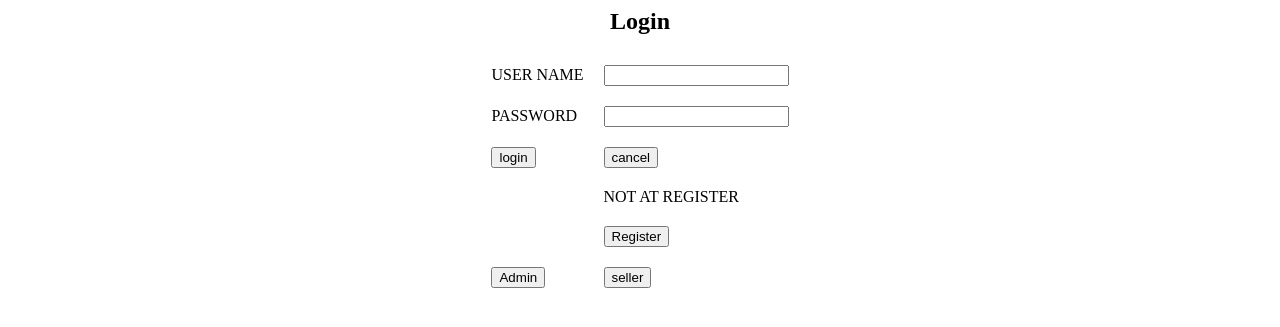
Repository: saik46573/sai
Page: http://localhost/Project/
An editor plug-in stored every save of this project. The page is shown before and after the next save, followed by the edit.
The browser window is 1280 px wide. The pictures show the whole page.
The page is served by Tomcat 9.

Above is the page before, as saved 2023-08-08 10:45:59.

After the next save:
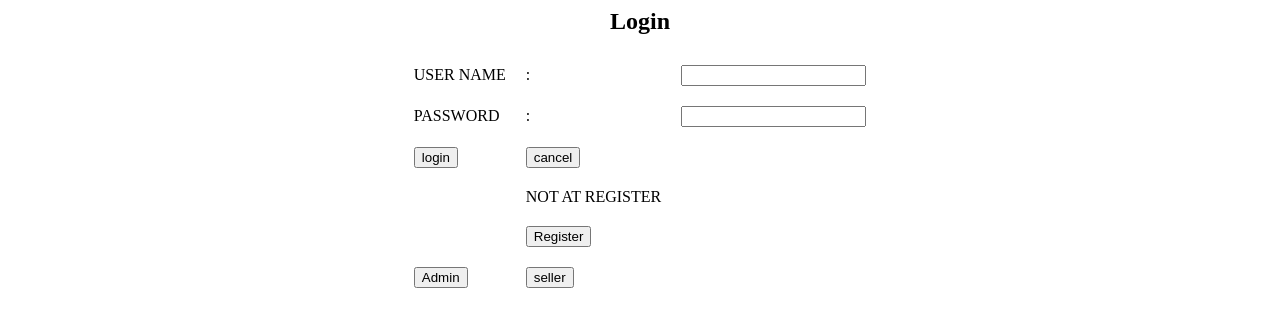
Saved 2 min 2 s later.
--- a/eclipse-workspace/Project/src/main/webapp/index.jsp
+++ b/eclipse-workspace/Project/src/main/webapp/index.jsp
@@ -5,10 +5,12 @@
 	<table  align="center" cellpadding="10px" style="border-collapse: collapse">
 	<tr>
 	<td>USER NAME</td>
+	<td> : </td>
 	<td> <input type= "text" ></td>
 	</tr>
 	<tr>
 	<td>PASSWORD</td>
+	<td> : </td>
 	<td> <input type= "text" ></td>
 	</tr>
 	<tr>
